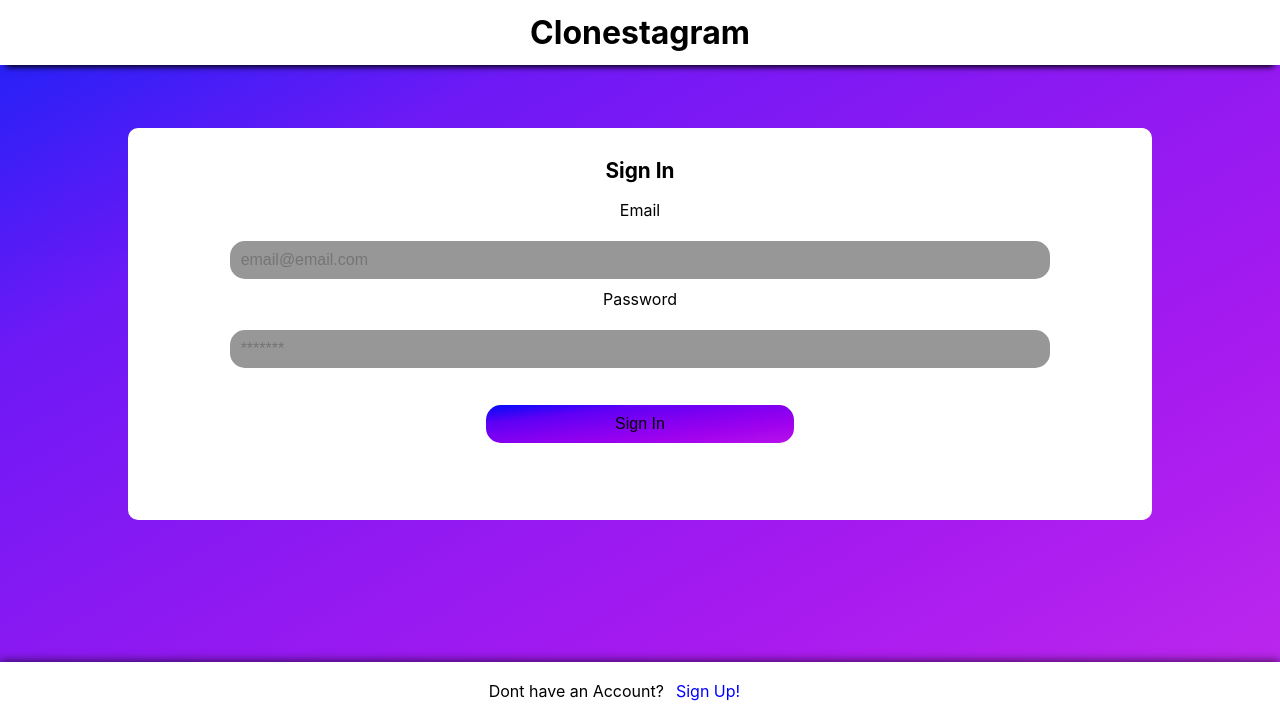
Repository: MikeMoore55/clonestagram
Page: /signin
An editor plug-in stored every save of this project. The page is shown before and after the next save, followed by the edit.
The browser window is 1280 px wide. The pictures show the whole page.
The page's requests for data from a server got no answer. The project was rebuilt for these pictures with package versions that can differ from the ones it lists, and the page was loaded fresh each time. The framework's server and built-in components were replaced by stand-ins that run in the browser. No one was signed in, and anything a server would have sent is missing. Also part of the build but not shown: next.config.js.

Above is the page before, as saved 2022-11-18 09:03:21.

After the next save:
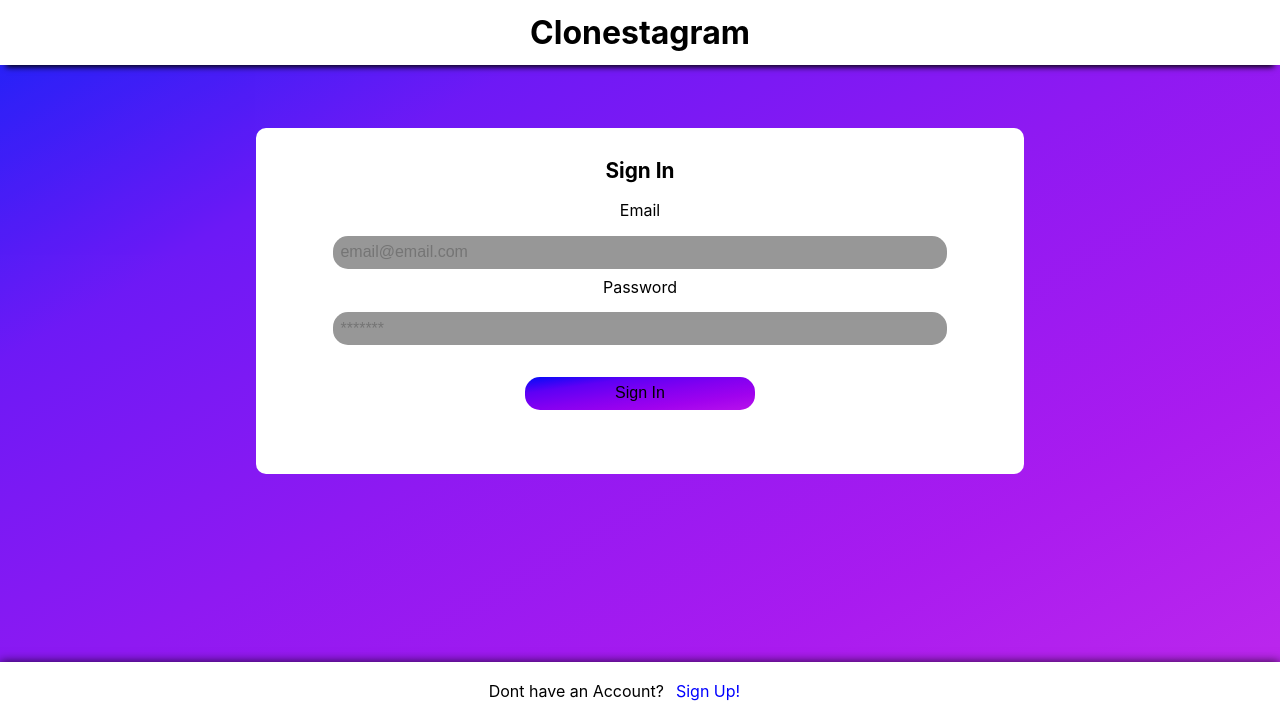
Saved 34 s later.
--- a/styles/SignIn.module.css
+++ b/styles/SignIn.module.css
@@ -155,7 +155,8 @@
 
     .signInForm {
         padding: 1% 0% 2% 0%;
-        margin: 2% 10% 1% 10%;
+        margin: 2% 20% 1% 20%;
+        width: 60%;
     }
 
     .heading {
